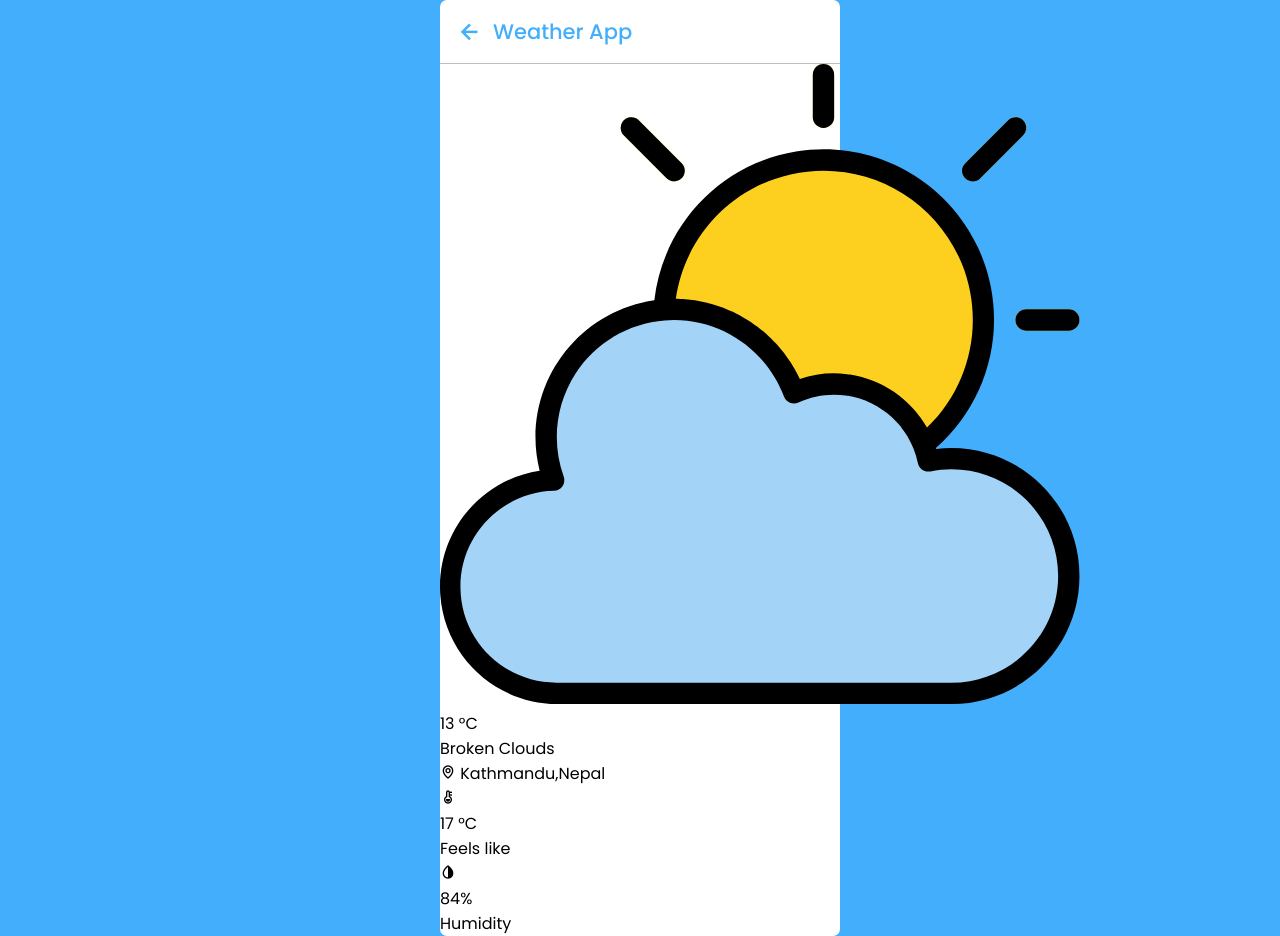
Repository: long13820/Weather-App-HTML-CSS-Javascript
Page: index.html
An editor plug-in stored every save of this project. The page is shown before and after the next save, followed by the edit.
The browser window is 1280 px wide. The pictures show the whole page.

Above is the page before, as saved 2021-09-02 10:47:18.

### index.html
<!DOCTYPE html>
<html lang="en">
<head>
    <meta charset="UTF-8">
    <meta http-equiv="X-UA-Compatible" content="IE=edge">
    <meta name="viewport" content="width=device-width, initial-scale=1.0">
    <title>Weather App</title>
    <link rel="stylesheet" href="style.css">

    <!--Linking Boxicon For Icon-->
    <link rel="stylesheet" href='https://unpkg.com/boxicons@2.0.9/css/boxicons.min.css' >


</head>
<body>
    <div class="wrapper">
        <header>
            <i class="bx bx-left-arrow-alt"></i>
            Weather App
        </header>
        <section class="input-part">
            <p class="info-txt pending">Please enter a valid city name</p>
            <input type="text" placeholder="Enter city name" spellcheck="false" required>
            <div class="separator"></div>
            <button>Get Device Location</button>
        </section>
        <section class="weather-part">
            <img src="/Weather Icons/cloud.svg" alt="Weather Icon">
            <div class="temp">
                <span class="numb">13</span>
                <span class="deg">°</span>C
            </div>
            <div class="weather">Broken Clouds</div>
            <div class="location">
                <i class="bx bx-map"></i>
                <span>Kathmandu,Nepal</span>
            </div>
            <div class="bottom-details">
                <div class="column feels">
                    <i class="bx bxs-thermometer"></i>
                    <div class="details">
                        <div class="temp">
                            <span class="numb">17</span>
                            <span class="deg">°</span>C
                        </div>
                        <p>Feels like</p>
                    </div>
                </div>
                <div class="column humidity">
                    <i class="bx bxs-droplet-half"></i>
                    <div class="details">
                        <span class="numb">84%</span>
                        <p>Humidity</p>
                    </div>
                </div>
            </div>
        </section>
    </div>
</body>
</html>

### style.css
/*Import Google Font - Poppins*/
@import url('https://fonts.googleapis.com/css2?family=Poppins:wght@400;500;600;700&display=swap');
*{
    margin: 0;
    padding: 0;
    box-sizing: border-box;
    font-family: 'Poppins', sans-serif;
}
body{
    display: flex;
    align-items: center;
    justify-content: center;
    min-height: 100vh;
    background: #43AFFC;
}
.wrapper{
    width: 400px;
    border-radius: 7px;
    background: white;
}
.wrapper header{
    color: #43AFFC;
    font-size: 21px;
    font-weight: 500;
    padding: 16px 15px;
    display: flex;
    align-items: center;
    border-bottom: 1px solid #bfbfbf;

}
header i{
    cursor: pointer;
    font-size: 30px;
    margin-right: 8px;
}
.wrapper .input-part{
    display: none;
    margin: 20px 25px 30px;
}
.input-part .info-txt{
    display: none;
    font-size: 17px;
    text-align: center;
    padding: 12px 7px;
    border-radius: 7px;
    margin-bottom: 15px;
}
.info-txt.error{
    display: block;
    color: #721c24;
    background: #f8d7da;
    border: 1px solid #f5c6cb;
}
.info-txt.pending{
    display: block;
    color: #0c5460;
    background: #d1ecf1;
    border: 1px solid #bee5eb;
}
.input-part :where(input, button){
    width: 100%;
    height: 55px;
    border: none;
    outline: none;
    font-size: 18px;
    border-radius: 7px;
}
.input-part input{
    text-align: center;
    border: 1px solid #bfbfbf;
}
.input-part input:is(:focus,:valid){

}
.input-part .separator{
    height: 1px;
    width: 100%;
    margin: 25px 0px;
    background: #ccc;
    display: flex;
    align-items: center;
    justify-content: center;
}
.separator::before{
    content: "or";
    background-color: white;
    font-size: 19px;
    padding: 0px 15px;
    background: #fff;
}
.input-part button{
    color: white;
    cursor: pointer;
    background: #43AFFC;
}

After the next save:
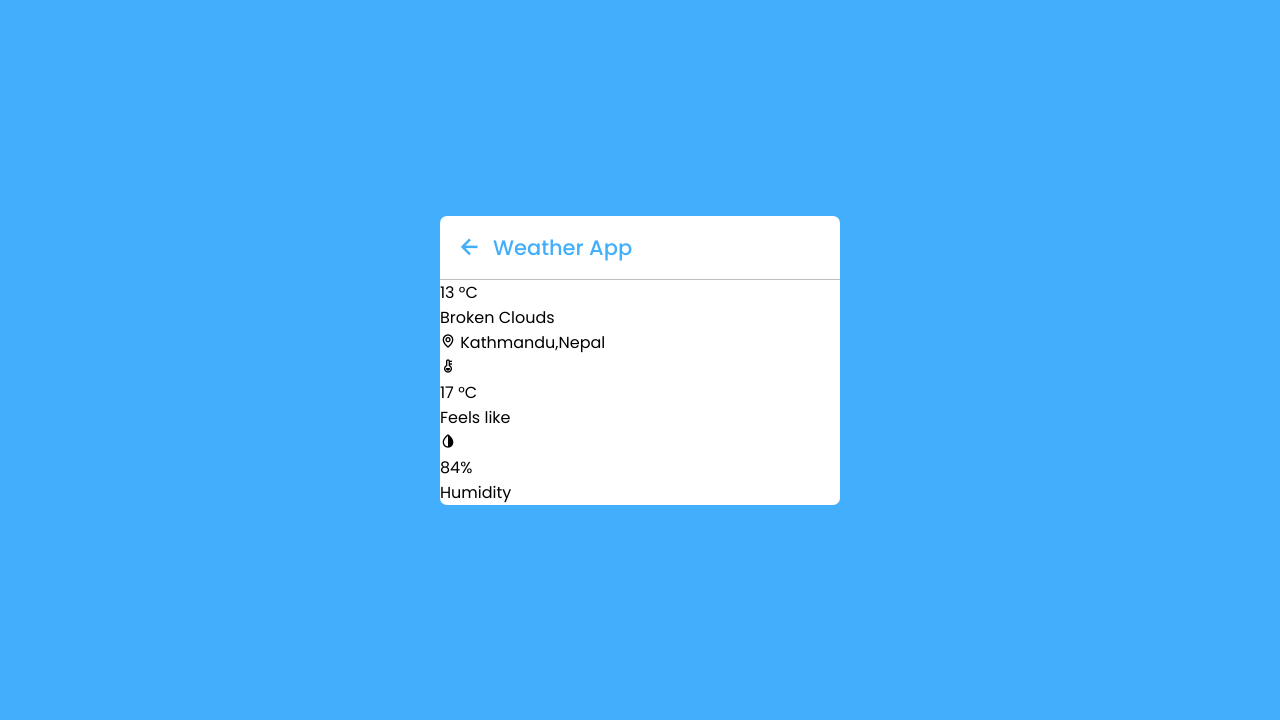
Saved 19 s later.
--- a/index.html
+++ b/index.html
@@ -25,7 +25,7 @@
             <button>Get Device Location</button>
         </section>
         <section class="weather-part">
-            <img src="/Weather Icons/cloud.svg" alt="Weather Icon">
+            <!-- <img src="/Weather Icons/cloud.svg" alt="Weather Icon"> -->
             <div class="temp">
                 <span class="numb">13</span>
                 <span class="deg">°</span>C
